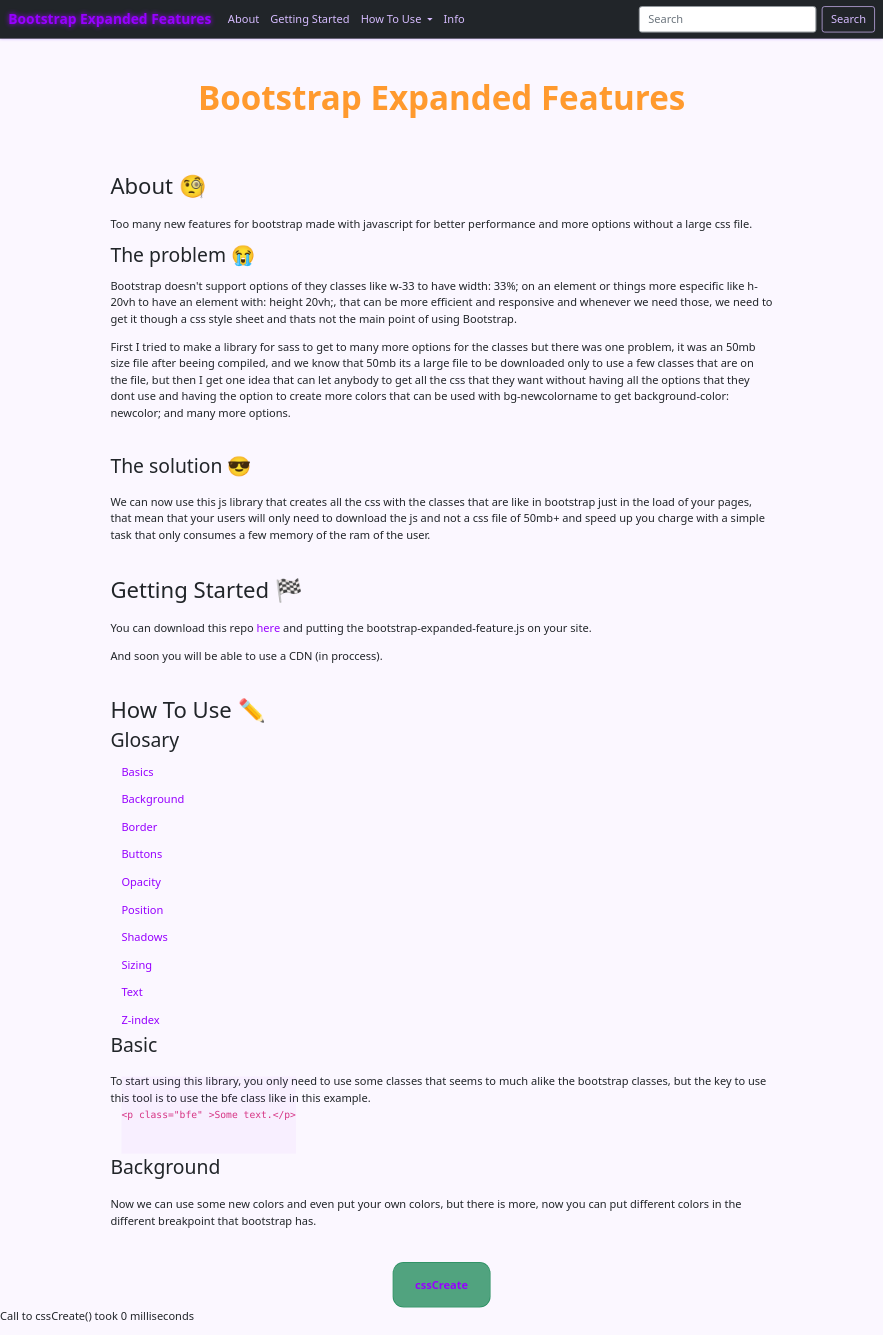
Repository: LynxPardelle/bootstrap-expanded-features
Page: index.html
These files come from the project's save history. The page is drawn as it stood at one moment and after the next save; the edit follows.
The browser window is 1280 px wide. The pictures show the whole page, at 69% of full size.

Above is the page before, as saved 2022-01-02 05:27:25.

### index.html
<!DOCTYPE html>
<html lang="es">
  <head>
    <meta charset="UTF-8" />
    <meta http-equiv="X-UA-Compatible" content="IE=edge" />
    <meta name="viewport" content="width=device-width, initial-scale=1.0" />
    <title>Bootstrap Expanded Features</title>
    <link
      href="https://cdn.jsdelivr.net/npm/bootstrap@5.1.3/dist/css/bootstrap.min.css"
      rel="stylesheet"
      integrity="sha384-1BmE4kWBq78iYhFldvKuhfTAU6auU8tT94WrHftjDbrCEXSU1oBoqyl2QvZ6jIW3"
      crossorigin="anonymous"
    />
    <link rel="stylesheet" href="./style.css" />
  </head>
  <body class="bef bef-bg-futurePop__OPA__0_03">
    <header>
      <nav
        class="
          navbar navbar-expand-lg navbar-dark
          bg-dark
          align-items-center
          bef
          bef-boxShadow-0px__2px__4px__lavender
          position-fixed
          top-0
          w-100
        "
      >
        <div class="container-fluid">
          <a
            class="
              navbar-brand
              bef bef-text-futurePop
              fw-bolder
              bef-textShadow-0px__0px__8px__futurePop
            "
            href="#"
            >Bootstrap Expanded Features</a
          >
          <button
            class="navbar-toggler"
            type="button"
            data-bs-toggle="collapse"
            data-bs-target="#navbarSupportedContent"
            aria-controls="navbarSupportedContent"
            aria-expanded="false"
            aria-label="Toggle navigation"
          >
            <span class="navbar-toggler-icon"></span>
          </button>
          <div class="collapse navbar-collapse" id="navbarSupportedContent">
            <ul class="navbar-nav me-auto mb-lg-0">
              <li class="nav-item">
                <a class="nav-link bef bef-text-lavender" href="#about"
                  >About</a
                >
              </li>
              <li class="nav-item">
                <a
                  class="nav-link bef bef-text-lavender"
                  href="#getting_started"
                  >Getting Started</a
                >
              </li>
              <li class="nav-item dropdown">
                <a
                  class="nav-link bef bef-text-lavender dropdown-toggle"
                  href="#howToUse"
                  id="navbarDropdown"
                  role="button"
                  data-bs-toggle="dropdown"
                  aria-expanded="false"
                >
                  How To Use
                </a>
                <ul
                  class="dropdown-menu dropdown-menu-dark"
                  aria-labelledby="navbarDropdown"
                >
                  <li>
                    <a class="dropdown-item bef bef-text-lavender" href="#"
                      >Action</a
                    >
                  </li>
                  <li>
                    <a class="dropdown-item bef bef-text-lavender" href="#"
                      >Another action</a
                    >
                  </li>
                  <li><hr class="dropdown-divider" /></li>
                  <li>
                    <a class="dropdown-item bef bef-text-lavender" href="#"
                      >Something else here</a
                    >
                  </li>
                </ul>
              </li>
              <li class="nav-item">
                <a class="nav-link bef bef-text-lavender" href="#Info">Info</a>
              </li>
            </ul>
            <form class="d-flex">
              <input
                id="searchInput"
                class="form-control me-2"
                type="search"
                placeholder="Search"
                aria-label="Search"
              />
              <button class="btn bef bef-btnOutline-lavender">Search</button>
            </form>
          </div>
        </div>
      </nav>

      <h1
        class="
          text-center
          d-block
          bef bef-w-85vw bef-w-md-75vw bef-fs-2rem bef-fs-md-3rem
          bef-m-7rem__auto__5rem
          bef-text-summer
          fw-bolder
        "
      >
        Bootstrap Expanded Features
      </h1>
    </header>

    <div>
      <main class="bef bef-w-85vw bef-wmx-1000px bef-w-md-75vw mx-auto">
        <!-- ABOUT -->
        <section>
          <a id="about"></a>
          <h2>About 🧐</h2>
          <article>
            <p class="mt-4 mb-3 text-start">
              Too many new features for bootstrap made with javascript for
              better performance and more options without a large css file.
            </p>
          </article>
          <!-- THE_PROBLEM -->
          <article>
            <h3>The problem 😭</h3>
            <p class="my-3 text-start">
              Bootstrap doesn't support options of they classes like w-33 to
              have width: 33%; on an element or things more especific like
              h-20vh to have an element with: height 20vh;, that can be more
              efficient and responsive and whenever we need those, we need to
              get it though a css style sheet and thats not the main point of
              using Bootstrap.
            </p>
            <p class="mt-3 mb-5 text-start">
              First I tried to make a library for sass to get to many more
              options for the classes but there was one problem, it was an 50mb
              size file after beeing compiled, and we know that 50mb its a large
              file to be downloaded only to use a few classes that are on the
              file, but then I get one idea that can let anybody to get all the
              css that they want without having all the options that they dont
              use and having the option to create more colors that can be used
              with bg-newcolorname to get background-color: newcolor; and many
              more options.
            </p>
          </article>
          <!-- THE_SOLUTION -->
          <article>
            <h3>The solution 😎</h3>
            <p class="mt-4 mb-5 text-start">
              We can now use this js library that creates all the css with the
              classes that are like in bootstrap just in the load of your pages,
              that mean that your users will only need to download the js and
              not a css file of 50mb+ and speed up you charge with a simple task
              that only consumes a few memory of the ram of the user.
            </p>
          </article>
        </section>
        <!-- GETTING_STARTED -->
        <section>
          <a id="getting_started"></a>
          <h2>Getting Started 🏁</h2>
          <article>
            <p class="mt-4 mb-3 text-start bef bef-link-futurePop">
              You can download this repo
              <a
                class="text-decoration-none"
                href="https://github.com/LynxPardelle/bootstrap-expanded-features.git"
                target="_blank"
                >here</a
              >
              and putting the bootstrap-expanded-feature.js on your site.
            </p>
            <p class="mt-3 mb-5 text-start bef bef-link-futurePop">
              And soon you will be able to use a CDN (in proccess).
            </p>
          </article>
        </section>
        <!-- HOW_TO_USE -->
        <section>
          <a id="howToUse"></a>
          <h2>How To Use ✏️</h2>
          <article>
            <h3>Glosary</h3>
            <ul class="nav flex-column bef bef-link-futurePop">
              <li class="nav-item">
                <a class="nav-link" href="#basicHTU">Basics</a>
              </li>
              <li class="nav-item">
                <a class="nav-link" href="#backgroundHTU">Background</a>
              </li>
              <li class="nav-item">
                <a class="nav-link" href="#borderHTU">Border</a>
              </li>
              <li class="nav-item">
                <a class="nav-link" href="#buttonsHTU">Buttons</a>
              </li>
              <li class="nav-item">
                <a class="nav-link" href="#opacityHTU">Opacity</a>
              </li>
              <li class="nav-item">
                <a class="nav-link" href="#positionHTU">Position</a>
              </li>
              <li class="nav-item">
                <a class="nav-link" href="#shadowsHTU">Shadows</a>
              </li>
              <li class="nav-item">
                <a class="nav-link" href="#sizingHTU">Sizing</a>
              </li>
              <li class="nav-item">
                <a class="nav-link" href="#textHTU">Text</a>
              </li>
              <li class="nav-item">
                <a class="nav-link" href="#zIndexHTU">Z-index</a>
              </li>
            </ul>
          </article>
          <!-- BASICHTU -->
          <article>
            <a id="basicHTU"></a>
            <h3>Basic</h3>
            <p class="mt-4 mb-5 text-start bef bef-link-futurePop">
              To start using this library, you only need to use some classes
              that seems to much alike the bootstrap classes, but the key to use
              this tool is to use the bfe class like in this example.

              <br />

              <code class="py-5 m-3 bef-bg-futurePop__OPA__0_03">
                &#60;p class="bfe" &#62;Some text.&#60;&#47;p&#62;
              </code>
            </p>
          </article>
          <article>
            <a id="backgroundHTU"></a>
            <h3>Background</h3>
            <p class="mt-4 mb-5 text-start bef bef-link-futurePop">
              Now we can use some new colors and even put your own colors, but
              there is more, now you can put different colors in the different
              breakpoint that bootstrap has.
            </p>
          </article>
        </section>
      </main>
      <aside></aside>
    </div>

    <footer>
      <a id="#info"></a>
      <button
        class="
          btn
          bef
          bef-btn-success__OPA__0_75
          bef-text-futurePop
          fw-bold
          d-block
          mx-auto
          bef-p-1_25rem__2rem
          bef-rounded-1rem
        "
        onclick="cssCreate()"
      >
        cssCreate
      </button>

      <div id="befTimer"></div>
    </footer>

    <!-- TABS
      <nav>
              <div class="nav nav-tabs" id="nav-tab" role="tablist">
                <button
                  class="
                    nav-link
                    active
                    bef bef-text-futurePop bef-textHover-lavender
                    bef-bg-futurePop__OPA__0_03
                  "
                  id="nav-background-tab"
                  data-bs-toggle="tab"
                  data-bs-target="#nav-background"
                  type="button"
                  role="tab"
                  aria-controls="nav-background"
                  aria-selected="false"
                >
                  Background
                </button>
                <button
                  class="
                    nav-link
                    bef bef-text-dark bef-textHover-lavender
                    bef-bg-futurePop__OPA__0
                  "
                  id="nav-border-tab"
                  data-bs-toggle="tab"
                  data-bs-target="#nav-border"
                  type="button"
                  role="tab"
                  aria-controls="nav-border"
                  aria-selected="false"
                >
                  Border
                </button>
                <button
                  class="
                    nav-link
                    bef bef-text-dark bef-textHover-lavender
                    bef-bg-futurePop__OPA__0
                  "
                  id="nav-buttons-tab"
                  data-bs-toggle="tab"
                  data-bs-target="#nav-buttons"
                  type="button"
                  role="tab"
                  aria-controls="nav-buttons"
                  aria-selected="false"
                >
                  Buttons
                </button>
                <button
                  class="
                    nav-link
                    bef bef-text-dark bef-textHover-lavender
                    bef-bg-futurePop__OPA__0
                  "
                  id="nav-opacity-tab"
                  data-bs-toggle="tab"
                  data-bs-target="#nav-opacity"
                  type="button"
                  role="tab"
                  aria-controls="nav-opacity"
                  aria-selected="false"
                >
                  Opacity
                </button>
                <button
                  class="
                    nav-link
                    bef bef-text-dark bef-textHover-lavender
                    bef-bg-futurePop__OPA__0
                  "
                  id="nav-position-tab"
                  data-bs-toggle="tab"
                  data-bs-target="#nav-position"
                  type="button"
                  role="tab"
                  aria-controls="nav-position"
                  aria-selected="false"
                >
                  Position
                </button>
                <button
                  class="
                    nav-link
                    bef bef-text-dark bef-textHover-lavender
                    bef-bg-futurePop__OPA__0
                  "
                  id="nav-shadows-tab"
                  data-bs-toggle="tab"
                  data-bs-target="#nav-shadows"
                  type="button"
                  role="tab"
                  aria-controls="nav-shadows"
                  aria-selected="false"
                >
                  Shadows
                </button>
                <button
                  class="
                    nav-link
                    bef bef-text-dark bef-textHover-lavender
                    bef-bg-futurePop__OPA__0
                  "
                  id="nav-sizing-tab"
                  data-bs-toggle="tab"
                  data-bs-target="#nav-sizing"
                  type="button"
                  role="tab"
                  aria-controls="nav-sizing"
                  aria-selected="true"
                >
                  Sizing
                </button>
                <button
                  class="
                    nav-link
                    bef bef-text-dark bef-textHover-lavender
                    bef-bg-futurePop__OPA__0
                  "
                  id="nav-text-tab"
                  data-bs-toggle="tab"
                  data-bs-target="#nav-text"
                  type="button"
                  role="tab"
                  aria-controls="nav-text"
                  aria-selected="false"
                >
                  Text
                </button>
                <button
                  class="
                    nav-link
                    bef bef-text-dark bef-textHover-lavender
                    bef-bg-futurePop__OPA__0
                  "
                  id="nav-z-index-tab"
                  data-bs-toggle="tab"
                  data-bs-target="#nav-z-index"
                  type="button"
                  role="tab"
                  aria-controls="nav-z-index"
                  aria-selected="false"
                >
                  Z-index
                </button>
              </div>
            </nav>
            <div class="tab-content" id="nav-tabContent">
              <div
                class="tab-pane fade show active mt-3 mb-5"
                id="nav-background"
                role="tabpanel"
                aria-labelledby="nav-background-tab"
              >
                <h3 class="text-center">Background</h3>

                <p>
                  Now we can use some new colors and even put your own colors,
                  but there is more, now you can put diferent colors in the
                  diferent breakpoint that bootstrap has.
                </p>
              </div>
              <div
                class="tab-pane fade"
                id="nav-border"
                role="tabpanel"
                aria-labelledby="nav-border-tab"
              >
                Border
              </div>
              <div
                class="tab-pane fade"
                id="nav-buttons"
                role="tabpanel"
                aria-labelledby="nav-buttons-tab"
              >
                Buttons
              </div>
              <div
                class="tab-pane fade"
                id="nav-opacity"
                role="tabpanel"
                aria-labelledby="nav-opacity-tab"
              >
                Opacity
              </div>
              <div
                class="tab-pane fade"
                id="nav-position"
                role="tabpanel"
                aria-labelledby="nav-position-tab"
              >
                Position
              </div>
              <div
                class="tab-pane fade"
                id="nav-shadows"
                role="tabpanel"
                aria-labelledby="nav-shadows-tab"
              >
                Shadows
              </div>
              <div
                class="tab-pane fade"
                id="nav-sizing"
                role="tabpanel"
                aria-labelledby="nav-sizing-tab"
              >
                Sizing
              </div>
              <div
                class="tab-pane fade"
                id="nav-text"
                role="tabpanel"
                aria-labelledby="nav-text-tab"
              >
                Text
              </div>
              <div
                class="tab-pane fade"
                id="nav-z-index"
                role="tabpanel"
                aria-labelledby="nav-z-index-tab"
              >
                Z-Index
              </div>
            </div>
-->

    <!--
Classes:
w width
h height
wmx max-width
hmx max-height
wmn min-width
hmn min-height
rounded border-radius
z z-index
opacity opacity
top top
bottom bottom
end left
start right
fs font-size
lh line-height
gap gap
p padding
m margin
border border-width
borderStyle border-style

bg background-color
text color
link a color
borderColor border-color
btn background-color border-color box-shadow
btnOutline border-color box-shadow
boxShadow box-shadow
textShadow text-shadow

Sides:
s left
e right
t top
b bottom
x left & right
y top & bottom

BreakPoints:
sm 576
md 768
lg 992
xl 1200
xxl 1400
-->
    <script
      src="https://cdn.jsdelivr.net/npm/bootstrap@5.1.3/dist/js/bootstrap.bundle.min.js"
      integrity="sha384-ka7Sk0Gln4gmtz2MlQnikT1wXgYsOg+OMhuP+IlRH9sENBO0LRn5q+8nbTov4+1p"
      crossorigin="anonymous"
    ></script>
    <script>
      var colors = {
        monster: "#00AA00",
        futurePop: "#9700FF",
      };
    </script>
    <script src="./bootstrap-expanded-features.js"></script>
    <script src="./bef-example-page.js"></script>
  </body>
</html>

### bef-example-page.js
"use strict";
var tabBackground = bootstrap.Tab.getOrCreateInstance(
  document.getElementById("nav-background")
); // Returns a Bootstrap tab instance
var tabButtonBackground = document.getElementById("nav-background-tab");
var tabBorder = bootstrap.Tab.getOrCreateInstance(
  document.getElementById("nav-border")
); // Returns a Bootstrap tab instance
var tabButtonBorder = document.getElementById("nav-border-tab");
var tabButtons = bootstrap.Tab.getOrCreateInstance(
  document.getElementById("nav-buttons")
); // Returns a Bootstrap tab instance
var tabButtonButtons = document.getElementById("nav-buttons-tab");
var tabOpacity = bootstrap.Tab.getOrCreateInstance(
  document.getElementById("nav-opacity")
); // Returns a Bootstrap tab instance
var tabButtonOpacity = document.getElementById("nav-opacity-tab");
var tabPosition = bootstrap.Tab.getOrCreateInstance(
  document.getElementById("nav-position")
); // Returns a Bootstrap tab instance
var tabButtonPosition = document.getElementById("nav-position-tab");
var tabShadows = bootstrap.Tab.getOrCreateInstance(
  document.getElementById("nav-shadows")
); // Returns a Bootstrap tab instance
var tabButtonShadows = document.getElementById("nav-shadows-tab");
var tabSizing = bootstrap.Tab.getOrCreateInstance(
  document.getElementById("nav-sizing")
); // Returns a Bootstrap tab instance
var tabButtonSizing = document.getElementById("nav-sizing-tab");
var tabText = bootstrap.Tab.getOrCreateInstance(
  document.getElementById("nav-text")
); // Returns a Bootstrap tab instance
var tabButtonText = document.getElementById("nav-text-tab");
var tabZIndex = bootstrap.Tab.getOrCreateInstance(
  document.getElementById("nav-z-index")
); // Returns a Bootstrap tab instance
var tabButtonZIndex = document.getElementById("nav-z-index-tab");

var tabEls = document.querySelectorAll('button[data-bs-toggle="tab"]');
for (let tabEl of tabEls) {
  console.log(tabEl);
  tabEl.addEventListener("shown.bs.tab", function (event) {
    // newly activated tab
    event.target;
    if (event.target.classList.contains("bef-text-dark")) {
      event.target.classList.remove("bef-text-dark");
    }
    if (event.target.classList.contains("bef-bg-futurePop__OPA__0")) {
      event.target.classList.remove("bef-bg-futurePop__OPA__0");
    }
    event.target.classList.add("bef-text-futurePop");
    event.target.classList.add("bef-bg-futurePop__OPA__0_03");
    // previous active tab
    event.relatedTarget;
    if (event.target.classList.contains("bef-text-futurePop")) {
      event.relatedTarget.classList.remove("bef-text-futurePop");
    }
    if (event.target.classList.contains("bef-bg-futurePop__OPA__0_03")) {
      event.relatedTarget.classList.remove("bef-bg-futurePop__OPA__0_03");
    }
    event.relatedTarget.classList.add("bef-text-dark");
    event.relatedTarget.classList.add("bef-bg-futurePop__OPA__0");
  });
}

Loaded but not shown: bootstrap-expanded-features.js (library); style.css (no stored copy; drawn as an empty file)

After the next save:
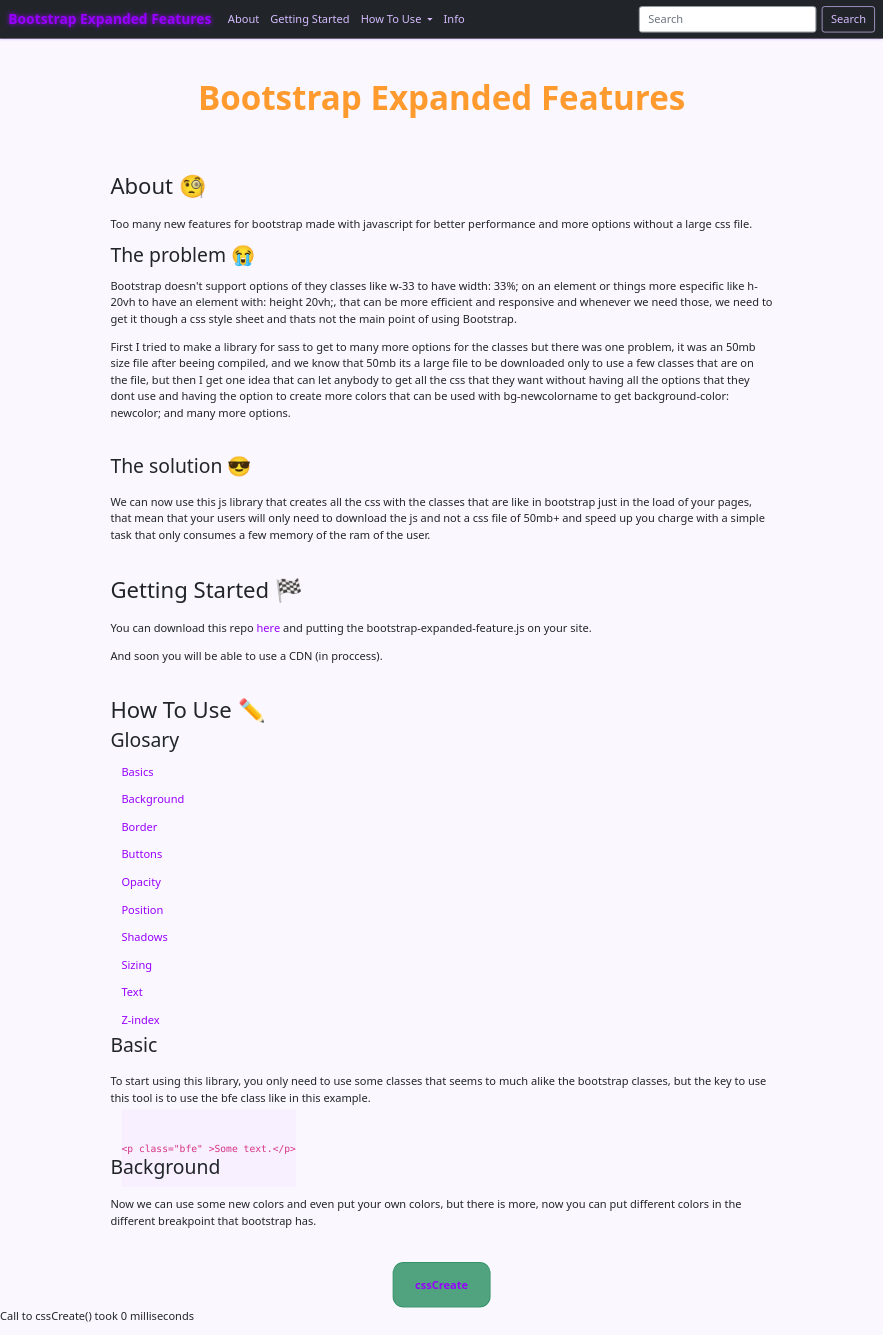
Saved 17 s later.
--- a/index.html
+++ b/index.html
@@ -245,10 +245,10 @@
 
               <br />
 
-              <code class="py-5 m-3 bef-bg-futurePop__OPA__0_03">
-                &#60;p class="bfe" &#62;Some text.&#60;&#47;p&#62;
-              </code>
-            </p>
+            </p>
+            <code class="py-5 m-3 bef-bg-futurePop__OPA__0_03">
+              &#60;p class="bfe" &#62;Some text.&#60;&#47;p&#62;
+            </code>
           </article>
           <article>
             <a id="backgroundHTU"></a>
